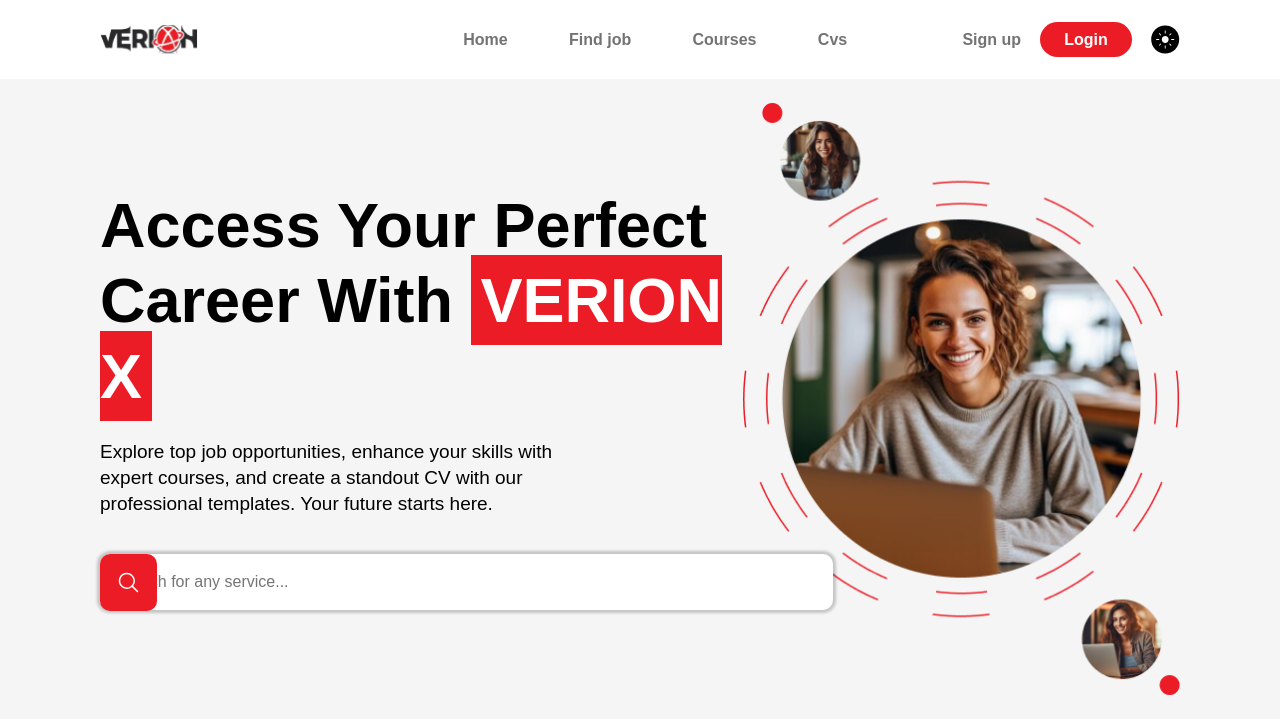
Repository: SahMenz/verionX
Page: /
The author's editor kept a copy of each file at every save. The page is drawn from the files as they stood at one save, then again after the next save.
The browser window is 1280 px wide. The pictures show the whole page.
The project was rebuilt for these pictures with package versions that can differ from the ones it lists, and the page was loaded fresh each time. Also part of the build but not shown: vite.config.js.

Above is the page before, as saved 2024-06-14 15:35:53.

After the next save:
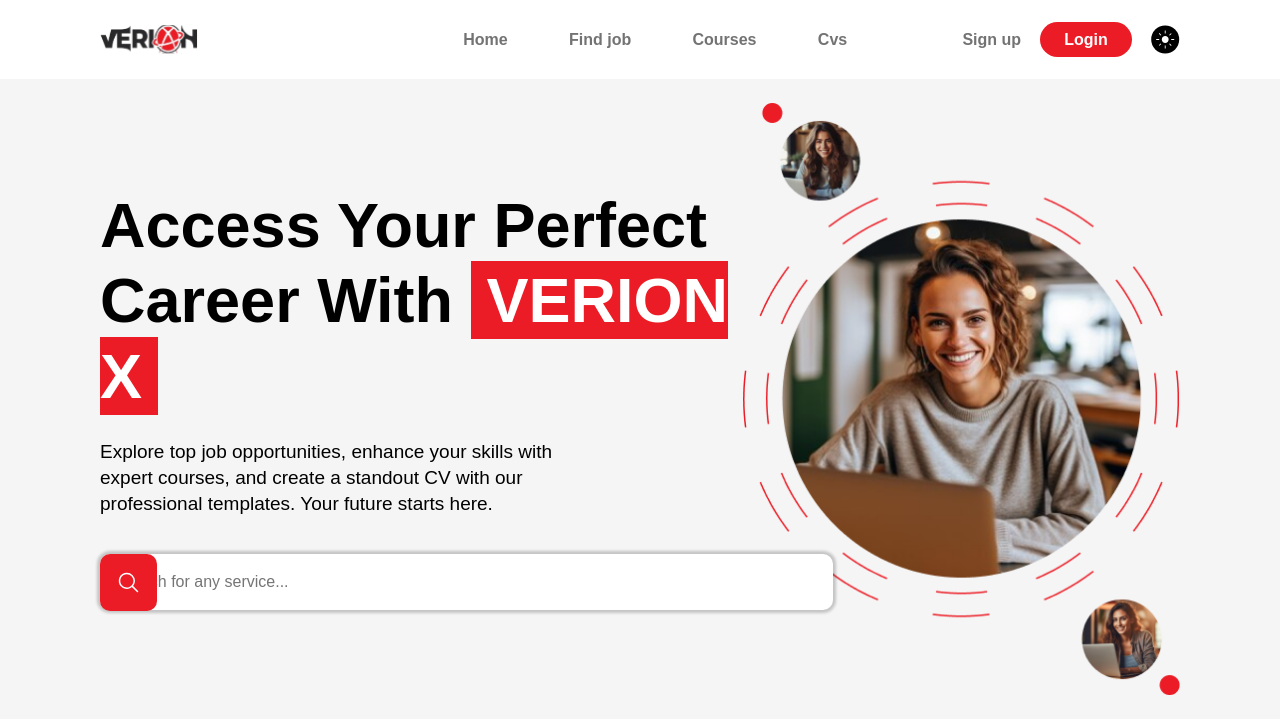
Saved 38 s later.
--- a/src/components/home/hero/hero.jsx
+++ b/src/components/home/hero/hero.jsx
@@ -5,7 +5,7 @@ function Hero() {
   return (
     <div className='d-flex align-items-center justify-content-between py-4 bg-f5' style={{padding: "0px 100px",}}>
         <div style={{width: "50vw", maxWidth:"800px"}}>
-            <div className='txt-63 lh-75 txt-ff fw-600 txt-00' style={{width: "50vw", maxWidth:"733px"}}>Access Your Perfect Career With <span className='bg-eb fw-600 txt-ff' style={{padding:"10px"}}>VERION X</span></div>
+            <div className='txt-63 lh-75 txt-ff fw-600 txt-00' style={{width: "50vw", maxWidth:"733px"}}>Access Your Perfect Career With <span className='bg-eb fw-600 txt-ff py-1 px-3'>VERION X</span></div>
             <div className='txt-00 lh-26 txt-19' style={{width:"39vw", maxWidth:"630px", padding:" 24px 0px 36px 0px"}}>
                 Explore top job opportunities, enhance your skills with expert courses, and create a standout CV with our professional templates. Your future starts here.
             </div>
